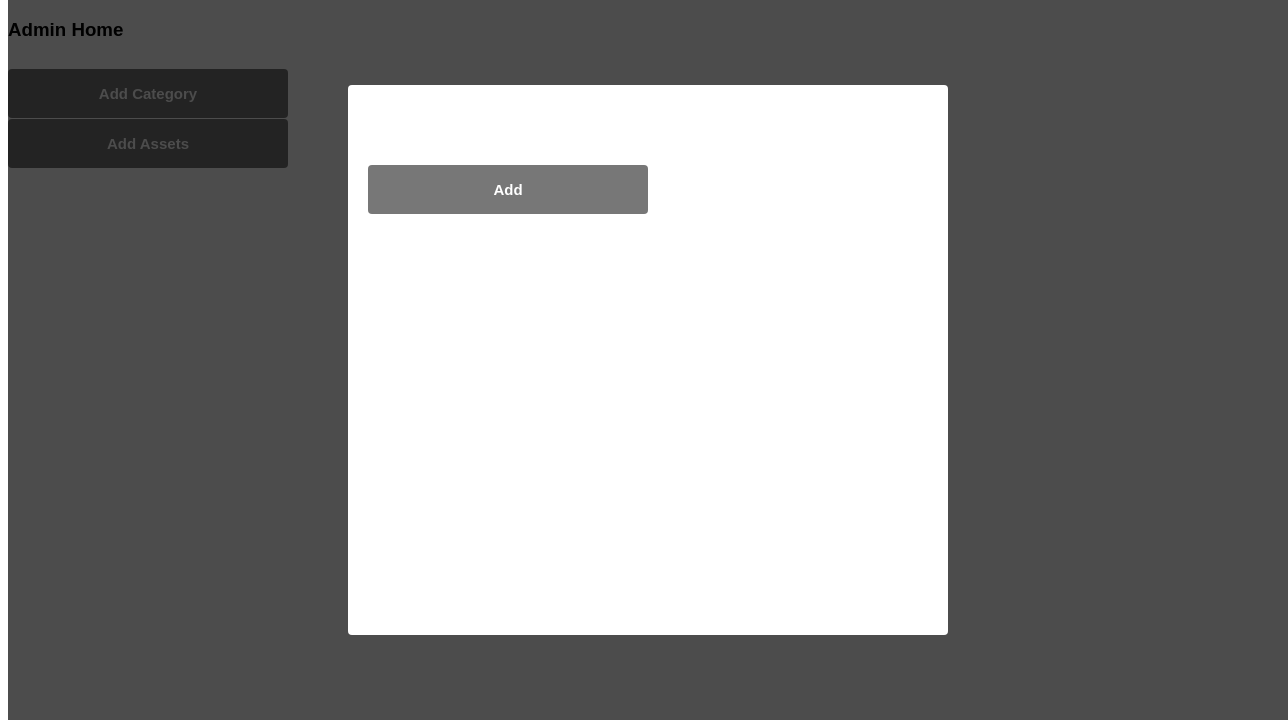
Repository: DhruvKaushal/CodeFury_404Found
Page: http://localhost/e-assets/assetadded.jsp
These files come from the project's save history. The page is drawn as it stood at one moment and after the next save; the edit follows.
The browser window is 1280 px wide. The page is 1288 px wide, so the pictures cover 1288 px, including what lies to the right of the window. The pictures show the whole page.
The page is served by Tomcat 9.

Above is the page before, as saved 2020-10-05 10:18:24.

After the next save:
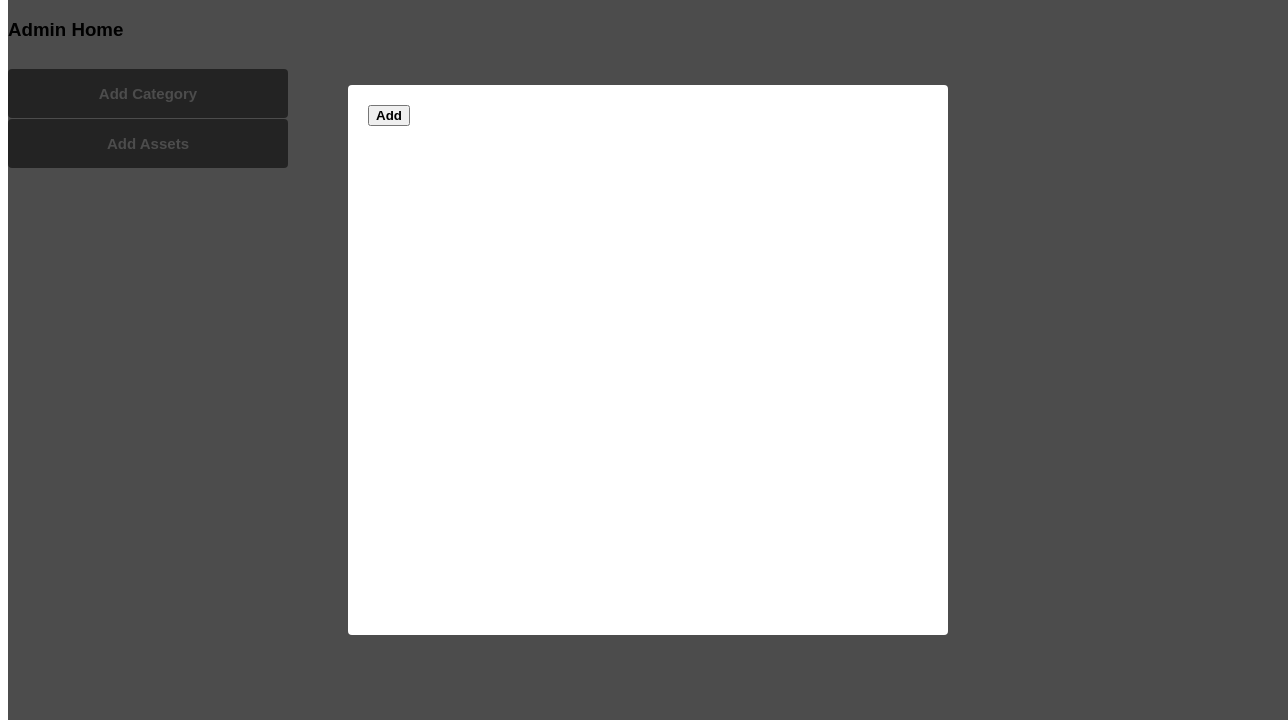
Saved 4 min 13 s later.
--- a/Aditya's New/E-Assets-Management/e-assets/WebContent/assetadded.jsp
+++ b/Aditya's New/E-Assets-Management/e-assets/WebContent/assetadded.jsp
@@ -22,7 +22,7 @@
 
 
 
-             <button class="open-assets-button" action="adminhome.jsp" class="btn"><b>Add</b></button>
+             <button class="close-button" action="adminhome.jsp" class="btn"><b>Add</b></button>
 
 
         </div>
